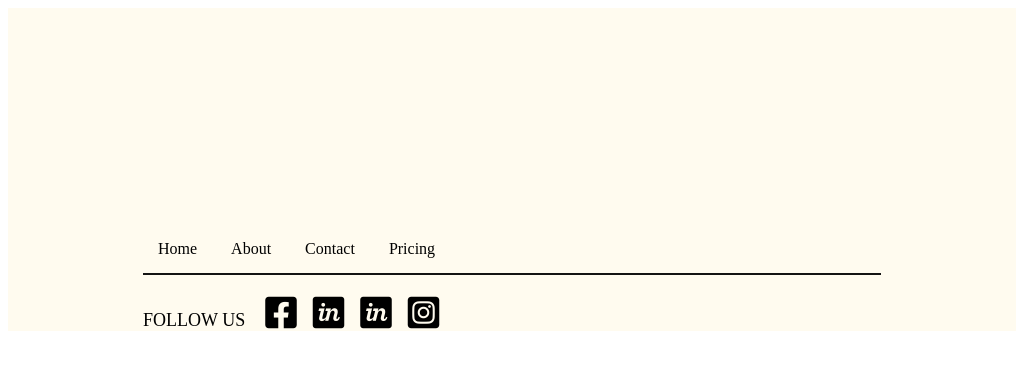
Repository: ngocphuocha/4lifeteam-marketing-agency
Page: index.html
These files come from the project's save history. The page is drawn as it stood at one moment and after the next save; the edit follows.
The browser window is 1024 px wide. The pictures show the whole page.

Above is the page before, as saved 2023-03-14 09:38:02.

### index.html
<!DOCTYPE html>
<html lang="en">
  <head>
    <meta charset="UTF-8" />
    <meta http-equiv="X-UA-Compatible" content="IE=edge" />
    <meta name="viewport" content="width=device-width, initial-scale=1.0" />
    <title>Footer Page</title>
    <!-- hoang nhi css -->
    <link rel="stylesheet" href="css/footer-service.css" />
    <link rel="stylesheet" href="https://use.fontawesome.com/releases/v5.15.4/css/all.css" integrity="sha384-DyZ88mC6Up2uqS4h/KRgHuoeGwBcD4Ng9SiP4dIRy0EXTlnuz47vAwmeGwVChigm" crossorigin="anonymous"/>
  </head>
  <body>
  </body>


    <div class="background-footer">
          <div class="container">
            <div class="footer-left">
              <span class="span-1">B</span>
              <span class="span-2">B</span>
            </div>
            <div class="footer-right">
              <span>Home</span>
              <span>About</span>
              <span>Contact</span>
              <span style="padding-right: 0px;">Pricing</span>
            </div>
          </div>
          <div class="footer">
            <div class="text-left">
              <span>@ All right reserved 2022 webdesign.gdn</span>
            </div>
            <div class="text-right">
              <span>FOLLOW US</span>
              <i class="fab fa-facebook-square"></i>
              <i class="fab fa-invision"></i>
              <i class="fab fa-invision"></i>
              <i class="fab fa-instagram-square"></i>
            </div>
          </div>
    </div>
</html>

### css/footer-service.css
/*Nguyen Thanh*/
  .background-footer{
    background: #FFFBEF;
    padding-top: 232px;
  }

  .background-footer .container{
    display: flex;
    justify-content: space-between;
    align-items: center;
    padding: 0px 0px 15px;
    border-bottom: 2px solid rgba(5, 5, 5, 0.938);
    margin-bottom: 20px;
    margin-right:135px ;
    margin-left: 135px;
  }

  .background-footer .container .footer-left .span-1{
    font-size: 24px;
  }
  .background-footer .container .footer-left .span-2{
    font-weight: 700px;
    font-size: 24px;
    color: blue;
  }

  .background-footer .container .footer-right span{
    padding: 0px 15px;
  }

  .background-footer .footer{
    display: flex;
    align-items: center;
    justify-content: space-between;
    padding: 0px 135px;
  }
  .background-footer .footer .text-right span{
    padding-right: 4px;
    font-size: 18px;
  }
  .background-footer .footer .text-right i{
    padding-left: 12px;

    font-size: 36px;
  }

  @media only screen and (max-width: 1100px) {
    .background-footer{
        background: #FFFBEF;
    }
    .background-footer .footer .text-left{
      display: none;
    }
    .background-footer .container .footer-left{
      display: none;
    }
  }

After the next save:
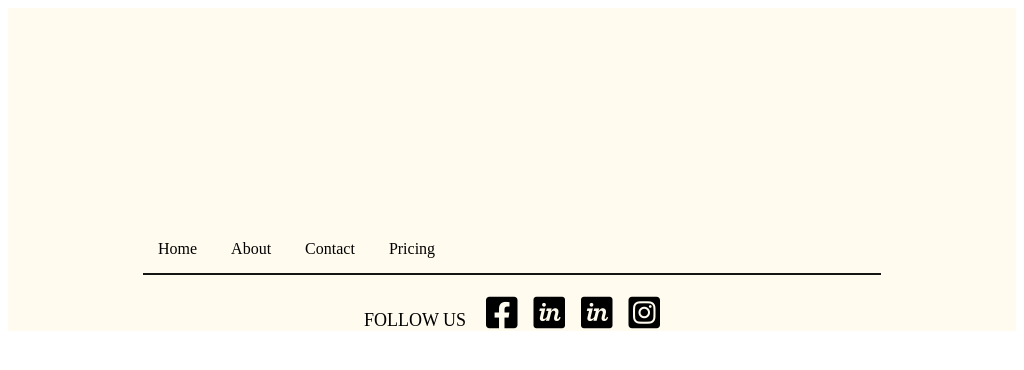
Saved 47 s later.
--- a/css/footer-service.css
+++ b/css/footer-service.css
@@ -54,4 +54,7 @@
     .background-footer .container .footer-left{
       display: none;
     }
+    .background-footer .footer{
+      justify-content: center;
+    }
   }
